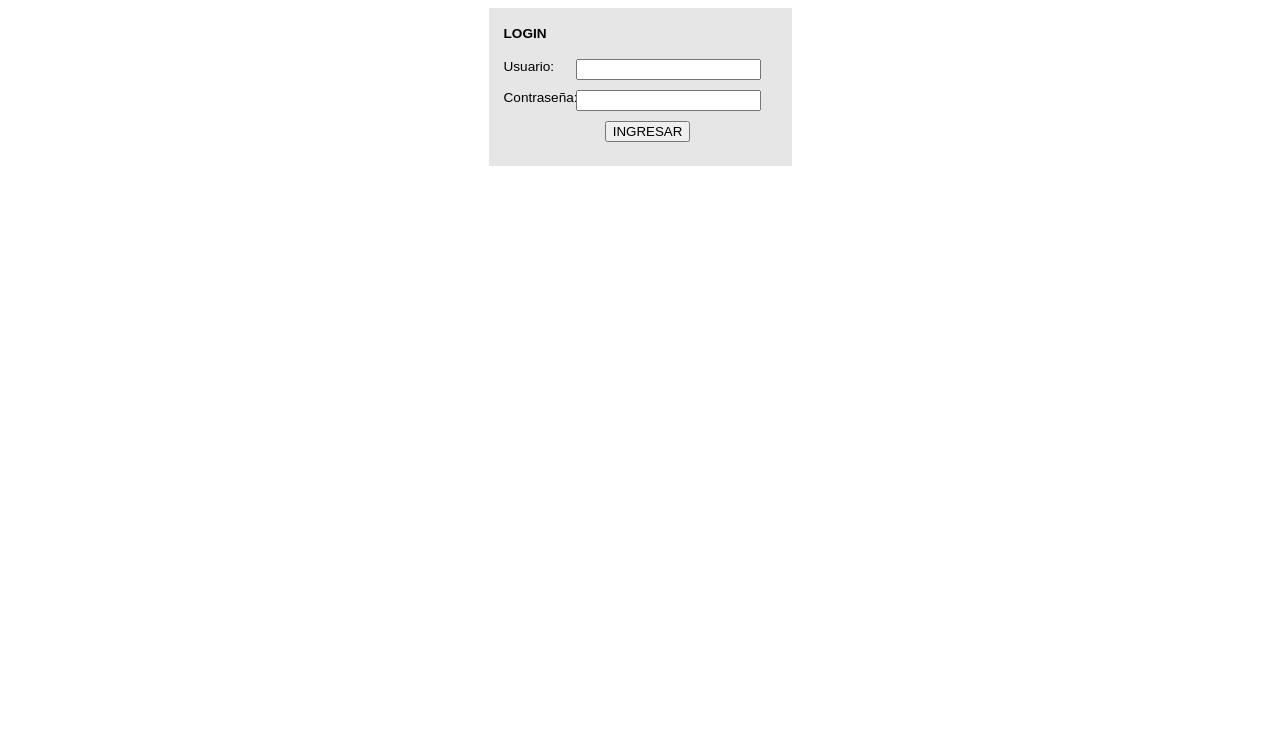
Repository: juanmondragonc/torre-project
Page: http://localhost/torre/login.jsp
These files come from the project's save history. The page is drawn as it stood at one moment and after the next save; the edit follows.
The browser window is 1280 px wide. The pictures show the whole page.
The page is served by Tomcat 9. Other server files are loaded and not shown.

Above is the page before, as saved 2022-08-10 20:52:22.

### torre/src/main/webapp/login.jsp
<%@ page language="java" contentType="text/html; charset=ISO-8859-1"
    pageEncoding="ISO-8859-1"%>
<!DOCTYPE html>
<html>
<head>
<meta charset="ISO-8859-1">
<link rel="stylesheet" href="css/style.css">
<title>Insert title here</title>
</head>
<body>
	<div class="container">
		<div class="section-login">
			<form method="post" action="login">
				<h4>LOGIN</h4>
				<div class="form-group">
					<div class="col-25">
						<label for="username">Usuario:</label>
					</div>
					<div class="col-75">
						<input id="username" name="username" type="text"/>
					</div>
				</div>
				<div class="form-group">
					<div class="col-25">
						<label for="password">Contraseña:</label>
					</div>
					<div class="col-75">
						<input id="password" name="password" type="password"/>
					</div>
				</div>
				<div class="center">
					<input type="submit" value="INGRESAR"/>
				</div>
			</form>
		</div>
	</div>

</body>
</html>

### torre/src/main/webapp/css/style.css
 body {
 	font-family: sans-serif;
 	font-size: 0.85em;
}
 .container {
 	height: 100vh;
 	width: auto;
 	justify-content: center;
 	display: flex;
 }
 table, th, td {
	border: 1px solid black;
	border-collapse: collapse;
}
.form-group {
 	position: relative;
 	margin-bottom: 10px;
	overflow: hidden;
}
.section-login{
	padding-left: 15px;
	width: 40vh;
	height:22vh;
	background-color: #e7e6e6;
}
.col-25 {
	float: left;
	width: 25%;
}
.col-75 {
	float: left;
	width: 75%;
}
.center{
	align-items:center;
	text-align: center;
}

After the next save:
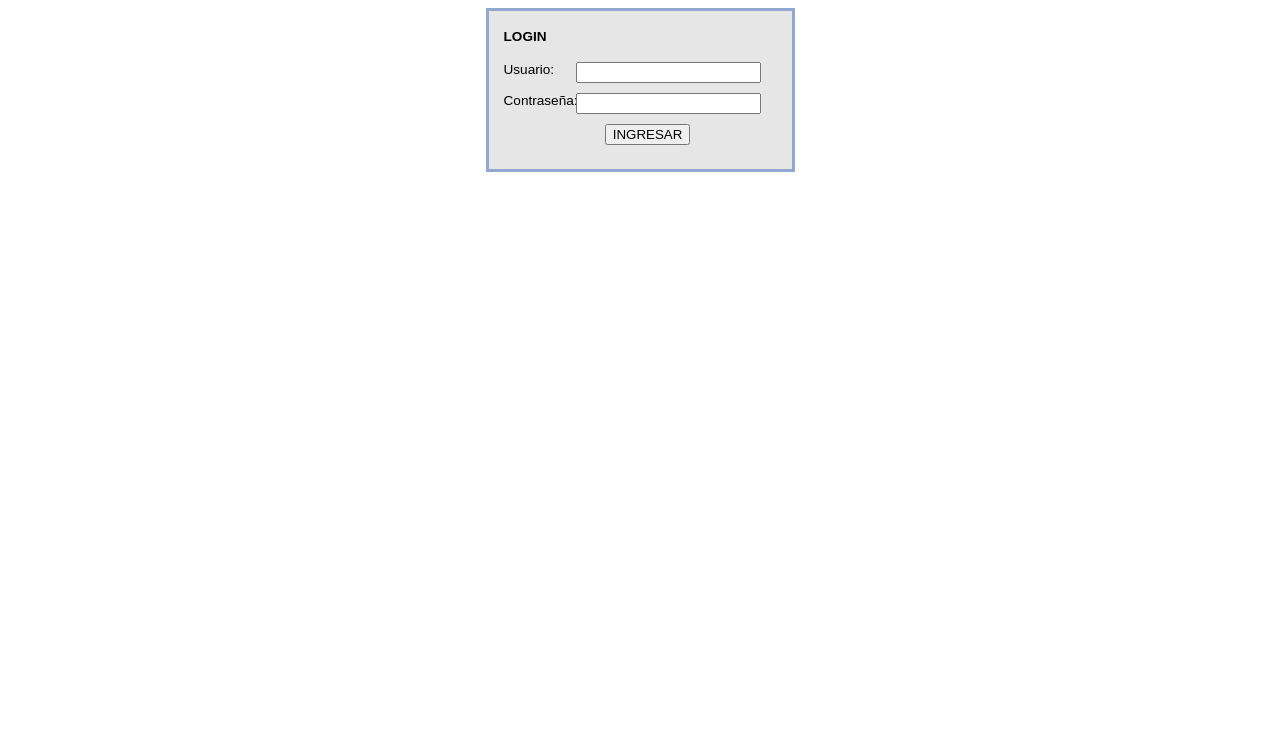
Saved 58 s later.
--- a/torre/src/main/webapp/css/style.css
+++ b/torre/src/main/webapp/css/style.css
@@ -22,6 +22,8 @@
 	width: 40vh;
 	height:22vh;
 	background-color: #e7e6e6;
+	border-style: solid;
+  	border-color: #92a8d1;
 }
 .col-25 {
 	float: left;
